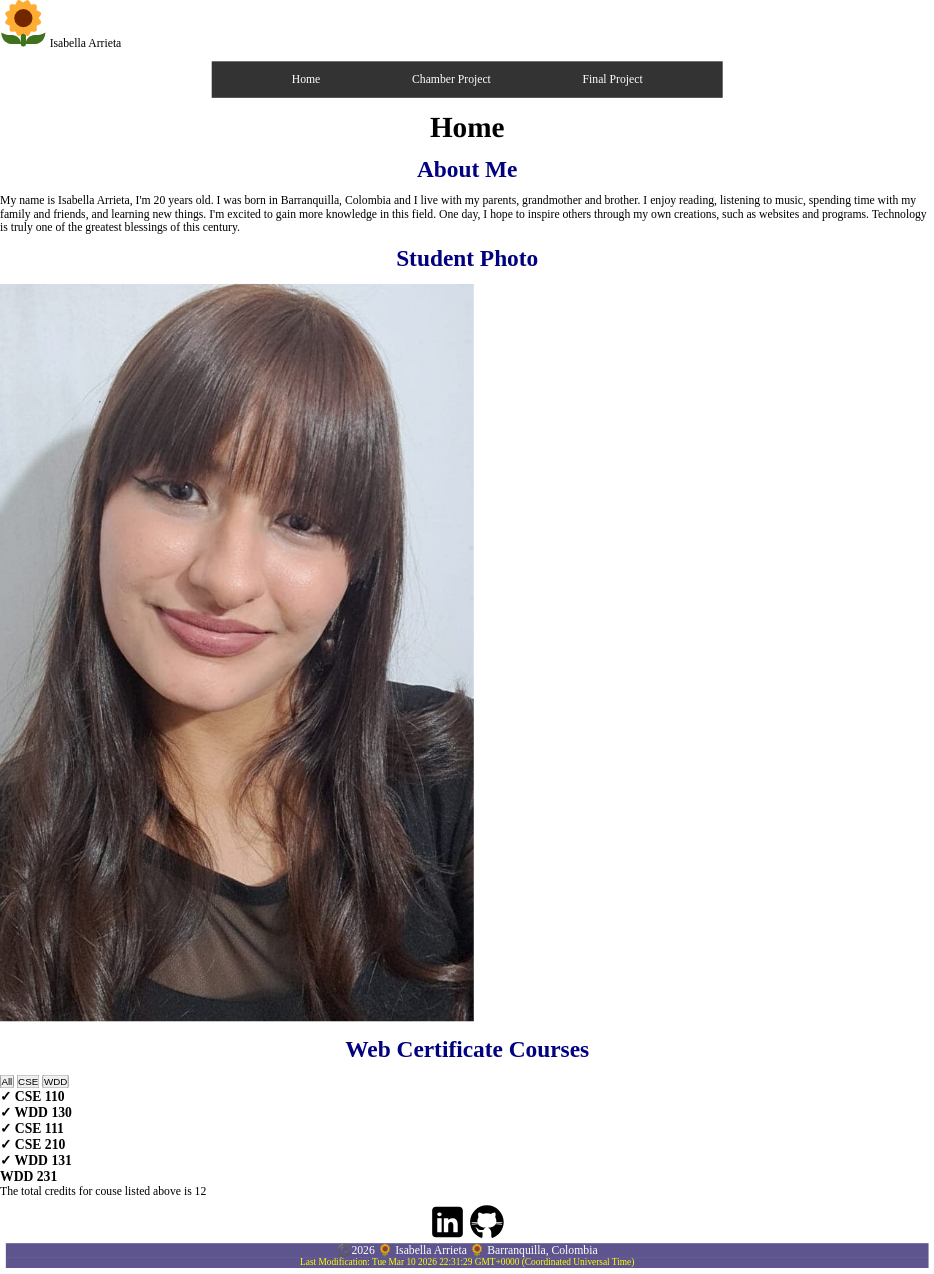
Repository: isaAJ05/wdd231
Page: index.html
An editor plug-in stored every save of this project. The page is shown before and after a run of saves, followed by the edit.
The browser window is 1280 px wide. The pictures show the whole page, at 73% of full size.
Some web fonts or font styles are not loaded; a fallback is used.

Above is the page before, as saved 2026-03-10 23:17:35.

After the next 2 saves:
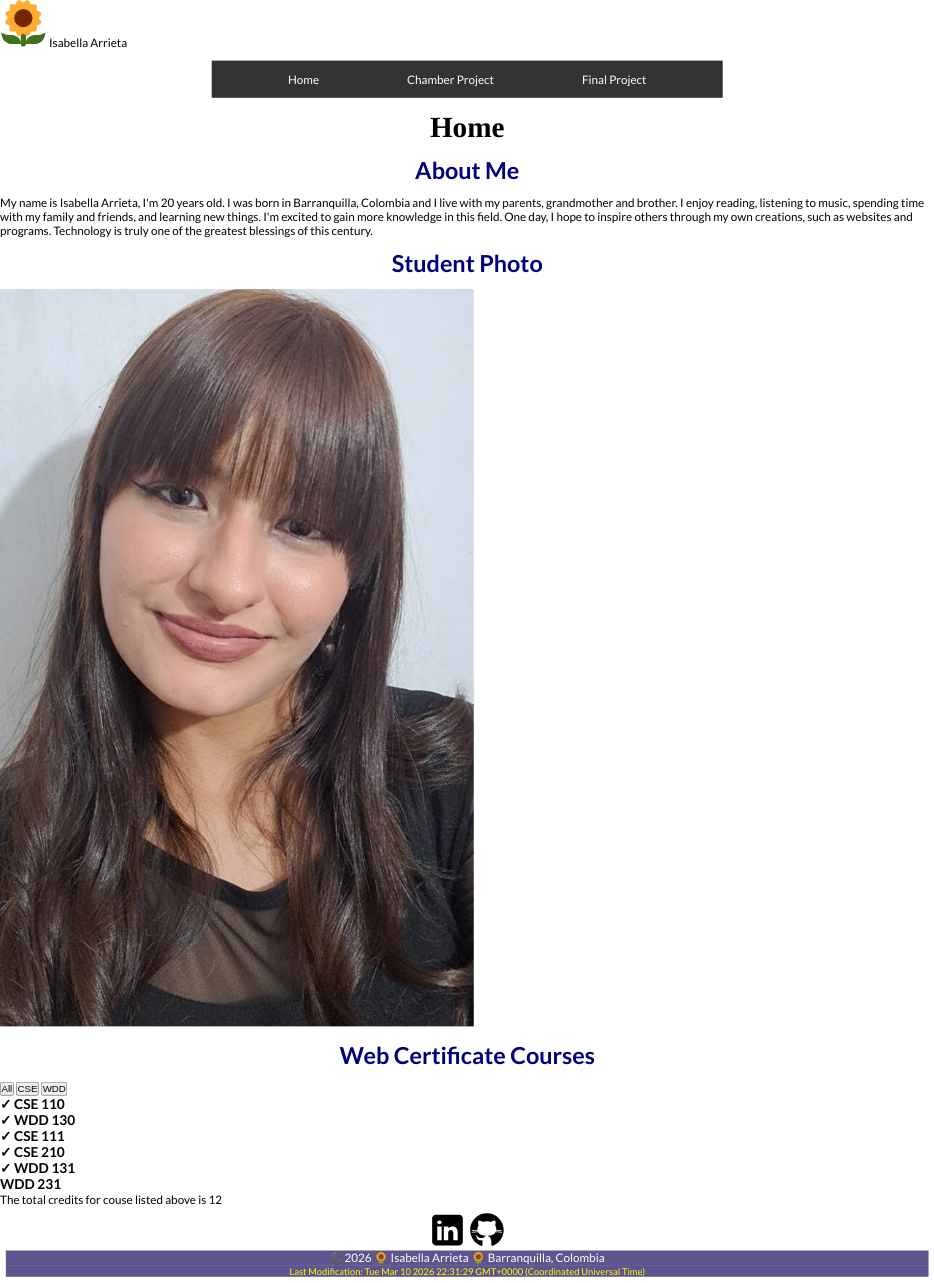
The 2 saves are shown as one change because they came seconds apart.
The last was saved 115 s later.
--- a/styles/normalize.css
+++ b/styles/normalize.css
@@ -8,7 +8,9 @@
 	padding: 0;
 	box-sizing: border-box;
 }
-
+body{
+	font-family: var(--font);
+}
 h1 {
 	text-align: left;
 	font-family: times, serif;
